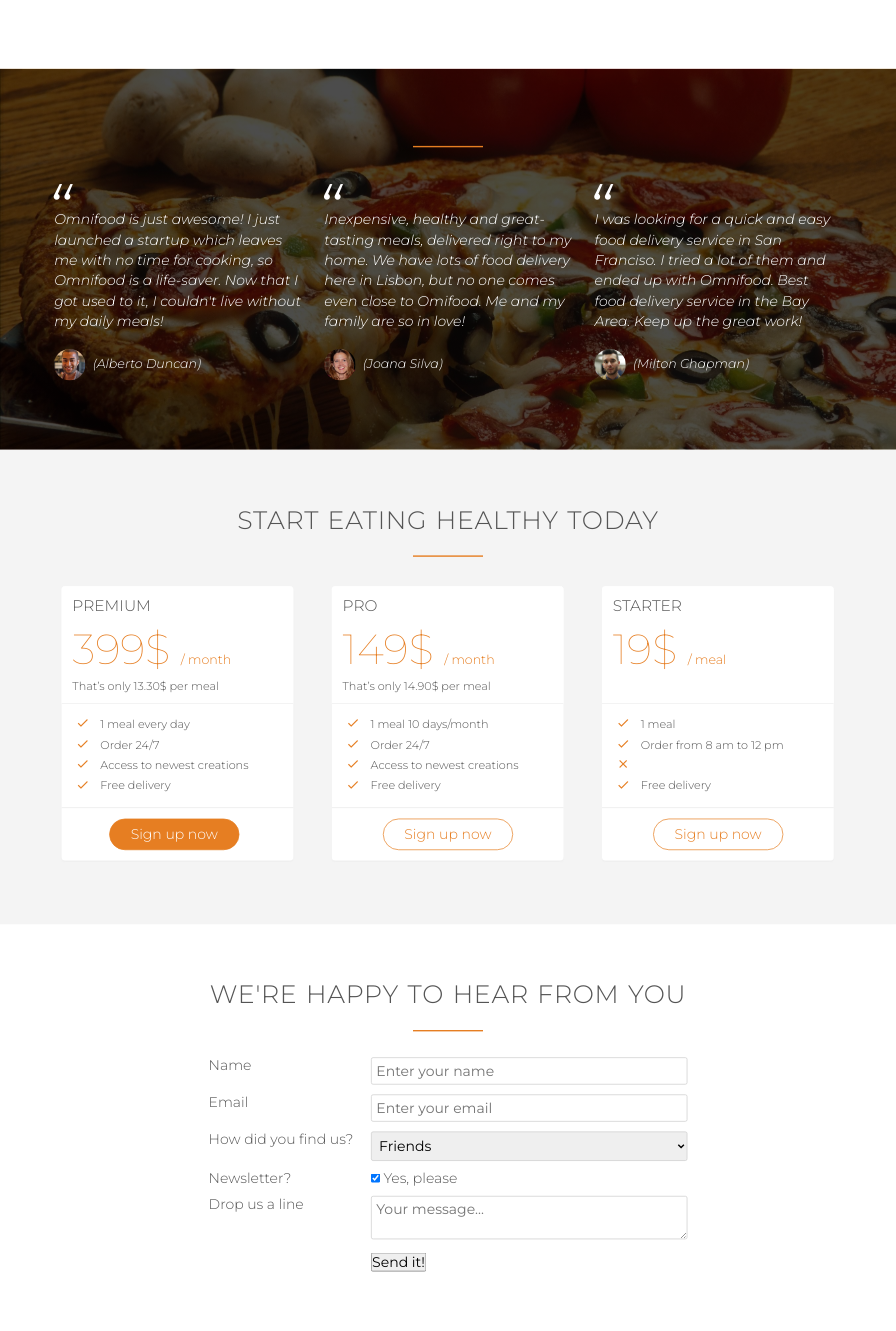
Repository: bbaryn/tasty-food-page
Page: index.html
These files come from the project's save history. The page is drawn as it stood at one moment and after the next save; the edit follows.
The browser window is 1280 px wide. The pictures show the part of the page from y = 3269 to 5189 px (the page is 5171 px tall before and 5189 px after), at 70% of full size.
Backgrounds fixed to the window are drawn as part of the page.

Above is the page before, as saved 2019-03-28 11:01:17.

After the next save:
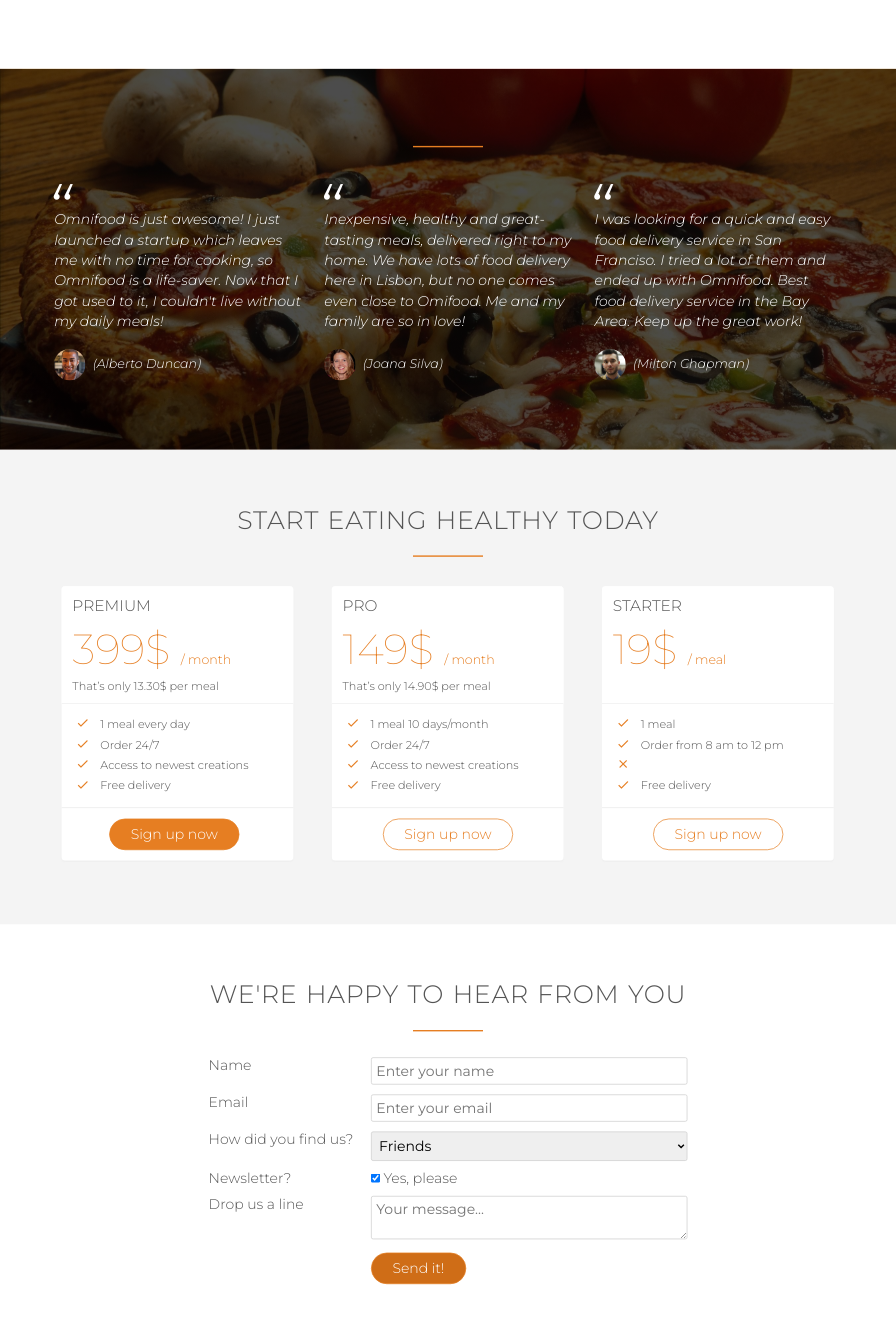
Saved 97 s later.
--- a/resources/css/style.css
+++ b/resources/css/style.css
@@ -139,7 +139,8 @@
 /* ------BUTTONS------ */
 
 .btn:link,
-.btn:visited {
+.btn:visited,
+input[type=submit] {
     display: inline-block;
     padding: 10px 30px;
     font-weight: 300;
@@ -149,7 +150,8 @@
 }
 
 .btn-full:link,
-.btn-full:visited {
+.btn-full:visited,
+input[type=submit] {
     background-color: #e67e22;
     border: 1px solid #e67e22;
     color: #fff;
@@ -163,7 +165,8 @@
 }
 
 .btn:hover,
-.btn:active {
+.btn:active,
+input[type=submit] {
     background-color: #cf6d17;
 }
 
